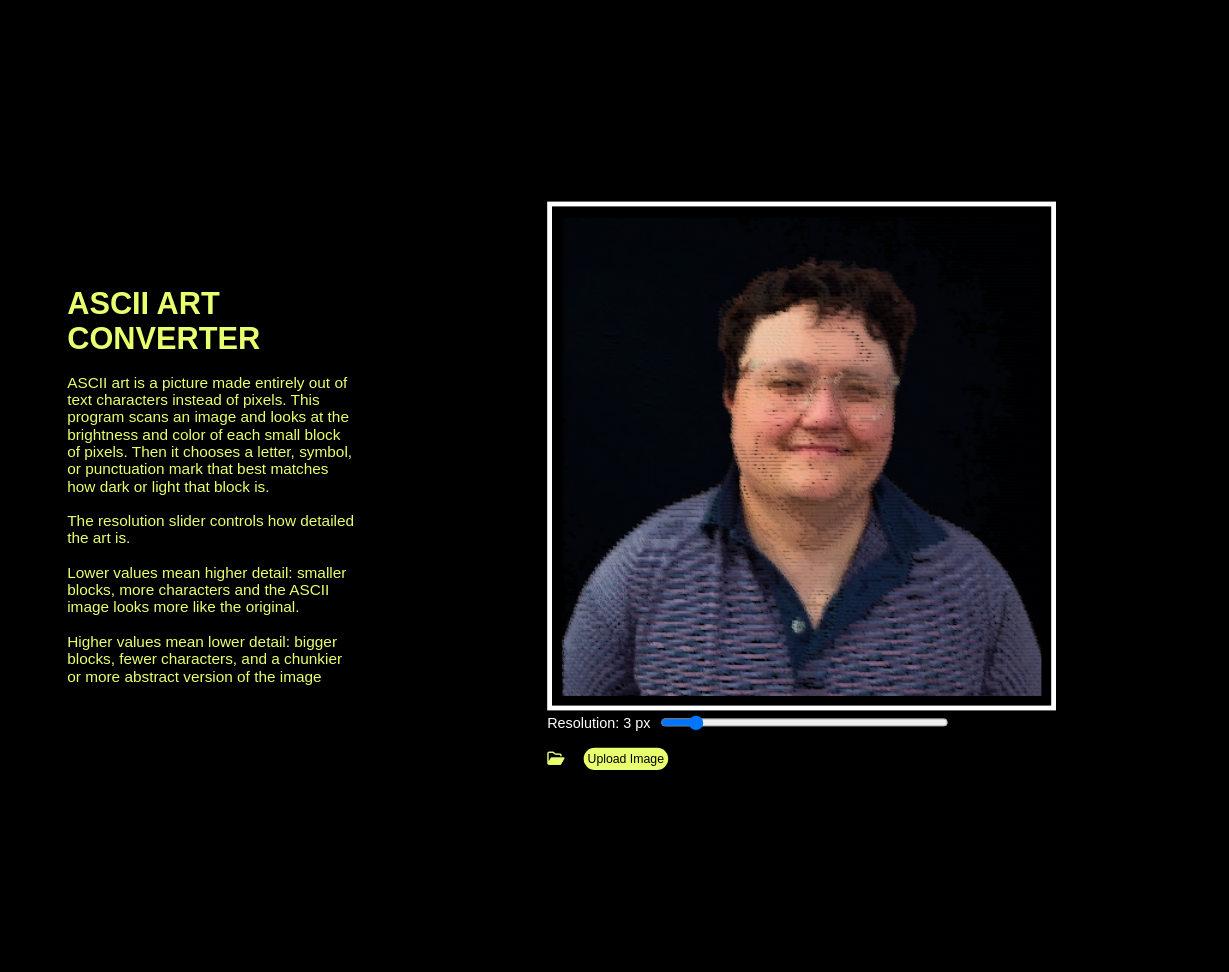
Repository: rosieomusic/ascii-art
Page: index.html
These files come from the project's save history. The page is drawn as it stood at one moment and after the next save; the edit follows.
The browser window is 1280 px wide. The pictures show the whole page, at 96% of full size.
Some web libraries are served in a nearby version.

Above is the page before, as saved 2025-05-06 17:57:01.

After the next save:
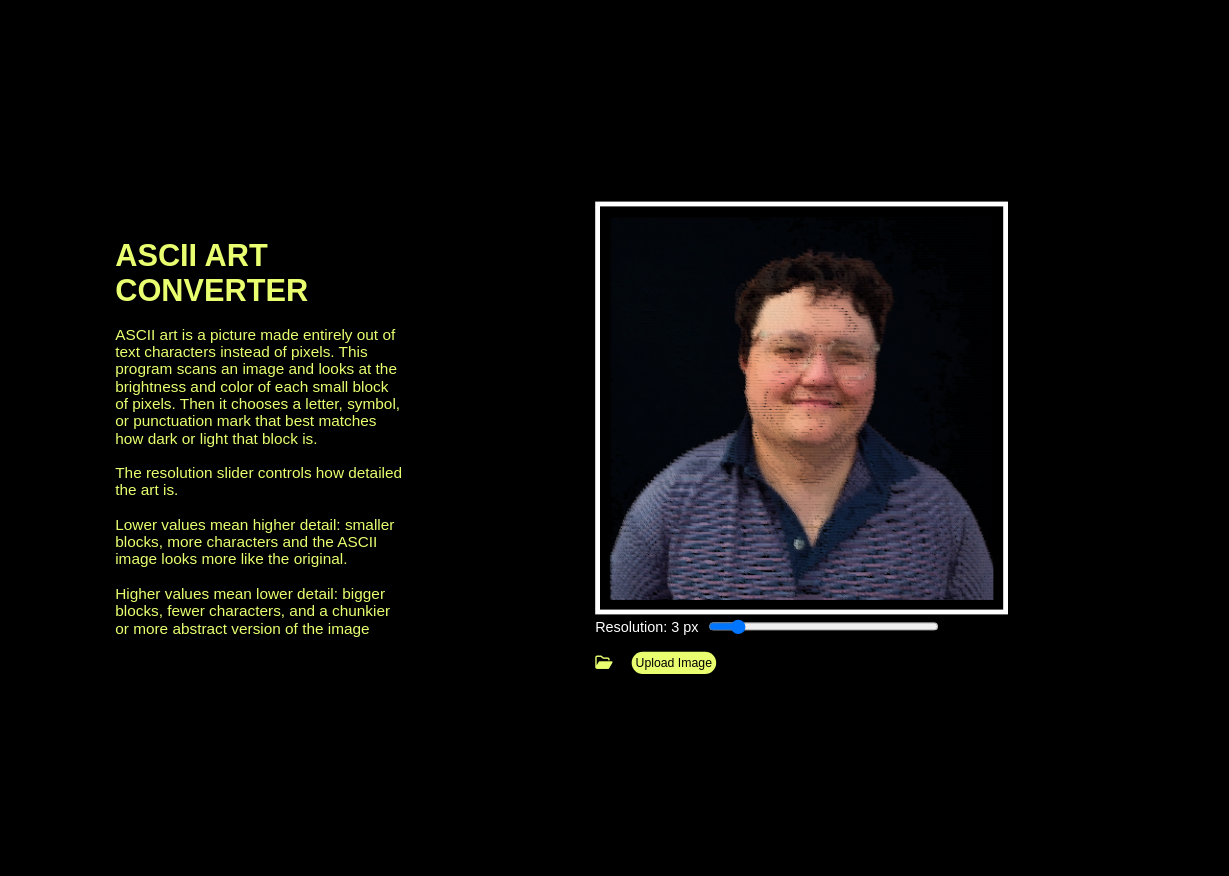
Saved 28 s later.
--- a/styles.css
+++ b/styles.css
@@ -74,13 +74,13 @@ i {
 	.container {
 		padding: 10em;
 		width: 100%;
-		max-width: 500px;
+		max-width: 400px;
 	}
 	#canvas1 {
 		border: 5px solid white;
 		width: 100%;
 		padding: 10px;
-		max-width: 500px;
+		max-width: 400px;
 		height: auto;
 	}
 
